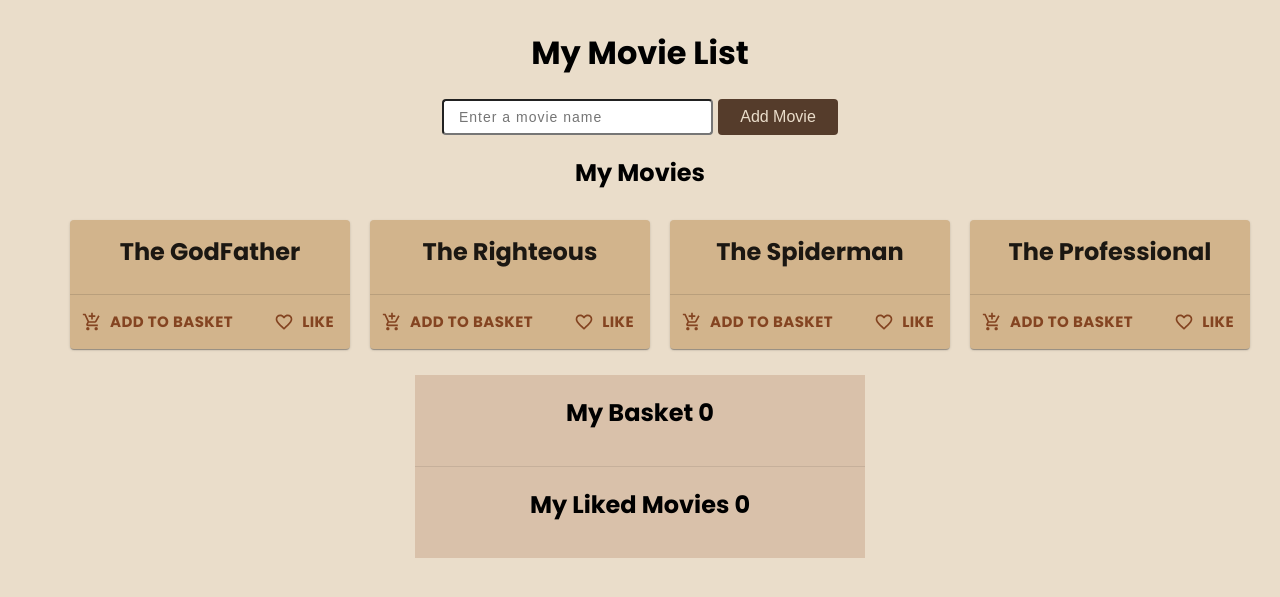
Repository: sinchana-p-iVoyant/redux-movie-store
Page: /
These files come from the project's save history. The page is drawn as it stood at one moment and after the next save; the edit follows.
The browser window is 1280 px wide. The pictures show the whole page.
The project was rebuilt for these pictures with package versions that can differ from the ones it lists, and the page was loaded fresh each time. Also part of the build but not shown: vite.config.ts.

Above is the page before, as saved 2024-02-15 13:21:22.

### index.html
<!doctype html>
<html lang="en">
  <head>
    <meta charset="UTF-8" />
    <link rel="icon" type="image/svg+xml" href="/vite.svg" />
    <meta name="viewport" content="width=device-width, initial-scale=1.0" />
    <title>Redux Movie Store</title>
  </head>
  <body>
    <div id="root"></div>
    <script type="module" src="/src/main.tsx"></script>
  </body>
</html>

### src/main.tsx
import React from 'react'
import ReactDOM from 'react-dom/client'
import App from './App.tsx'
// import './index.css'
import store from './store/index';
import { Provider } from 'react-redux'


ReactDOM.createRoot(document.getElementById('root')!).render(
  <React.StrictMode>
    <Provider store={store}>
      <App />
    </Provider>
  </React.StrictMode>,
)

### src/App.tsx
import { useState } from "react";
// import './App.css'
import { useSelector, useDispatch } from "react-redux";
import {Movie} from './store/index'
import {Card, CardComponent, CardActions, Button, Typography, CardContent} from '@mui/material'
import { Favorite, FavoriteBorder, AddShoppingCart, RemoveShoppingCart } from "@mui/icons-material";
import './App.css'

const App = () => {
  const [movieTitle, setMovieTitle] = useState("");

  // 🔥 a. To Trigger from UI.
  const dispatch = useDispatch();

  // 🔥 b. To update the UI, based on state updates in the store.

  // movies state (array)
  // const movies = useSelector(state => state.movies)
  // ------> return value: state.movies

  // Note:
  // The function passed to `useSelector` selects a slice of the state that we are interested in.
  // The function parameter specifies the `structure` of the Redux state object.
  // It's `type` annotated in TypeScript to ensure the type safety.
  // specifying the structure of the Redux state object using TypeScript type annotations enhances code quality, readability, and maintainability while providing additional safety checks and tooling support during development.

  const movies = useSelector(
    (state : {
      movies: { title: string; liked: boolean; inBasket: boolean }[];
    }) => state.movies
  );

  // const basket = useSelector((state) => state.basket);
  const basket = useSelector((state: { basket: string[] }) => state.basket);

  // const likedMovies = useSelector((state) => state.likedMovies);
  const likedMovies = useSelector((state: { likedMovies: string[] }) => state.likedMovies);


  // 4. Action Creator
  const handleAddMovie = () => {
    const newMovie = {
      title: movieTitle,
      inBasket: false,
      liked: false
    }
    dispatch({ type: "ADD_MOVIE", payload: newMovie });
    setMovieTitle(""); // Reset back to Empty String
  };

  const handleAddToBasket = (movie: string) => {
    dispatch({ type: "ADD_TO_BASKET", payload: movie });
  };
  const handleAddToLikedMovies = (movie: string) => {
    dispatch({ type: "ADD_TO_LIKED_MOVIE", payload: movie });
  };

  return (
    <div className="container">
      <div>
        <h1>My Movie List</h1>
      </div>
      <div className="add-movie">
        <input
          type="text"
          placeholder="Enter a movie name"
          value={movieTitle}
          onChange={(e) => setMovieTitle(e.target.value)}
        />
        <button className="input-btn" onClick={handleAddMovie}>Add Movie</button>
      </div>
      <div>
        <h2>My Movies</h2>
        <ul className="movie-list">
          {movies.map((movie: Movie, index) => (
            <Card key={index} className="movie-card" style={{backgroundColor: "#D2B48C"}}>
              <CardContent>
                <Typography variant="h5" component='h2' style={{ fontWeight: 'bold', fontFamily: 'Poppins, sans-serif' }}>
                  {movie.title}
                </Typography>
              </CardContent>

              <CardActions className="card-actions">
                <Button
                  style={{ color: '#844421', fontSize: '15px', fontWeight: 'bold', fontFamily: 'Poppins, sans-serif' }}
                  startIcon={movie.inBasket ? <RemoveShoppingCart /> : <AddShoppingCart />}
                  onClick={() => handleAddToBasket(movie.title)}>
                  {movie.inBasket ? "Remove From Basket" : "Add To Basket"}
                </Button>
                <Button
                  style={{ color: '#844421', fontSize: '15px', fontWeight: 'bold', fontFamily: 'Poppins, sans-serif' }}
                  startIcon={movie.liked ? <Favorite /> : <FavoriteBorder />}
                  onClick={() => handleAddToLikedMovies(movie.title)}>
                  {movie.liked ? "Dislike" : "Like"}
                </Button>
              </CardActions>

            </Card>
          ))}
        </ul>
      </div>
      <div className="basket-container">
        <h2>My Basket {basket.length}</h2>
        <ul className="basket-container-list">
          {basket.map((basket, index) => (
            <li key={index}>{basket}</li>
          ))}
        </ul>
      </div>
      <div className="liked-container">
        <h2>My Liked Movies {likedMovies.length}</h2>
        <ul className="liked-container-list">
          {likedMovies.map((likedMovie, index) => (
            <li key={index}>{likedMovie}</li>
          ))}
        </ul>
      </div>
    </div>
  );
};

export default App;

// 1. Save the new movie in the local state.
// 2. Add the new movie in local state to the Store.
// 3. Fetch the movies array, from the store

// 3. a. To display in - My Basket & My Liked Movies

### src/store/index.tsx
import { createStore } from "redux";

export type Movie = {
    title: string,
    inBasket: boolean,
    liked: boolean
}

export type State = {
    movies: Movie[],
    basket: string[],
    likedMovies: string[]
}

type Action =
  | { type: "ADD_MOVIE"; payload: Movie } |
    { type: 'ADD_TO_BASKET', payload: string } |
    { type: "ADD_TO_LIKED_MOVIE", payload: string };

// InitialState
const initialState: State = {
    movies: [
      {title: 'The GodFather', inBasket: false, liked: false},
      {title: 'The Righteous', inBasket: false, liked: false},
      {title: 'The Spiderman', inBasket: false, liked: false},
      {title: 'The Professional', inBasket: false, liked: false},
    ],
    basket: [],
    likedMovies: []
}

// Reducers - Make Immutable Updates
const reducer = (state: State = initialState, action: Action): State => {
  switch (action.type) {
    case 'ADD_MOVIE':
      return {
        ...state,
        movies: [...state.movies, action.payload]
      }
    case 'ADD_TO_BASKET':
      return {
        ...state,
          movies: state.movies.map(movie => movie.title === action.payload ? {...movie, inBasket: !movie.inBasket } : movie),
        basket: state.basket.includes(action.payload) ? state.basket.filter(movie => movie !== action.payload) : [...state.basket, action.payload]
      }
    case 'ADD_TO_LIKED_MOVIE':
      return {
        ...state,
        movies: state.movies.map(movie => movie.title === action.payload ? {...movie, liked: !movie.liked} : movie) ,
        likedMovies: state.likedMovies.includes(action.payload) ? state.likedMovies.filter(movie => movie !== action.payload) :  [...state.likedMovies, action.payload]
      }
    default:
      return state
  }
}

// Store
const store = createStore(reducer)
export default store

// 1. State
// 2. Reducer
// 3. Store

### src/App.css
@import url('https://fonts.googleapis.com/css2?family=Poppins:ital,wght@0,100;0,200;0,300;0,400;0,500;0,600;0,700;0,800;0,900;1,100;1,200;1,300;1,400;1,500;1,600;1,700;1,800;1,900&display=swap');

body {
  background-color: #EADDCA;
  font-family: "Poppins", sans-serif;
}

h1, h2{
  text-align: center;
}

.container {
  display: flex;
  flex-direction: column;
  align-items: center;
  justify-content: center;
}

.movie-list {
  display: flex;
  flex-wrap: wrap;
  justify-content: center;
}

.movie-card {
  width: 280px;
  margin: 10px;
}

.card-content {
  padding: 16px;
  font-family: "Poppins", sans-serif;
}

.card-actions {
  margin-top: 10px;
  border-top: 1px solid rgba(0, 0, 0, 0.119);
  display: flex;
  justify-content: space-between;
}

/* .btn {
  color: black;
  font-size: 15px;
  font-weight: bold;
} */
.buttonHover:hover {
  background-color: #e0e0e0;
}

/* --- */

input {
  height: 30px;
  width: 250px;
  padding-left: 15px;
  font-size: 14px;
  letter-spacing: 1px;
  border-radius: 4px;
}

.input-btn{
  height: 36px;
  width: 120px;
  font-size: 16px;
  background-color: #553c2b;
  border: none;
  color: #EADDCA;
  margin-left: 5px;
  border-radius: 4px;

}

.input-btn:hover{
  background-color: #ad9a82;
  color: #261509 ;

}

/* ------------------- */

.basket-container, .liked-container {
  background-color: #8132072a;
  width: 450px;
  /* text-align: center; */
}

.basket-container {
  border-bottom: 1px solid rgba(0, 0, 0, 0.085);
}

.basket-container-list, .liked-container-list {
  /* text-align: left; */
  display: flex;
  flex-direction: column;
  justify-content: center;
  align-items: left;

  margin-left: 90px;
}





/* #root {
  max-width: 1280px;
  margin: 0 auto;
  padding: 2rem;
  text-align: center;
} */

/*
.logo {
  height: 6em;
  padding: 1.5em;
  will-change: filter;
  transition: filter 300ms;
}
.logo:hover {
  filter: drop-shadow(0 0 2em #646cffaa);
}
.logo.react:hover {
  filter: drop-shadow(0 0 2em #61dafbaa);
}

@keyframes logo-spin {
  from {
    transform: rotate(0deg);
  }
  to {
    transform: rotate(360deg);
  }
}

@media (prefers-reduced-motion: no-preference) {
  a:nth-of-type(2) .logo {
    animation: logo-spin infinite 20s linear;
  }
}

.card {
  padding: 2em;
}

.read-the-docs {
  color: #888;
} */

/* ------------------------- */

After the next save:
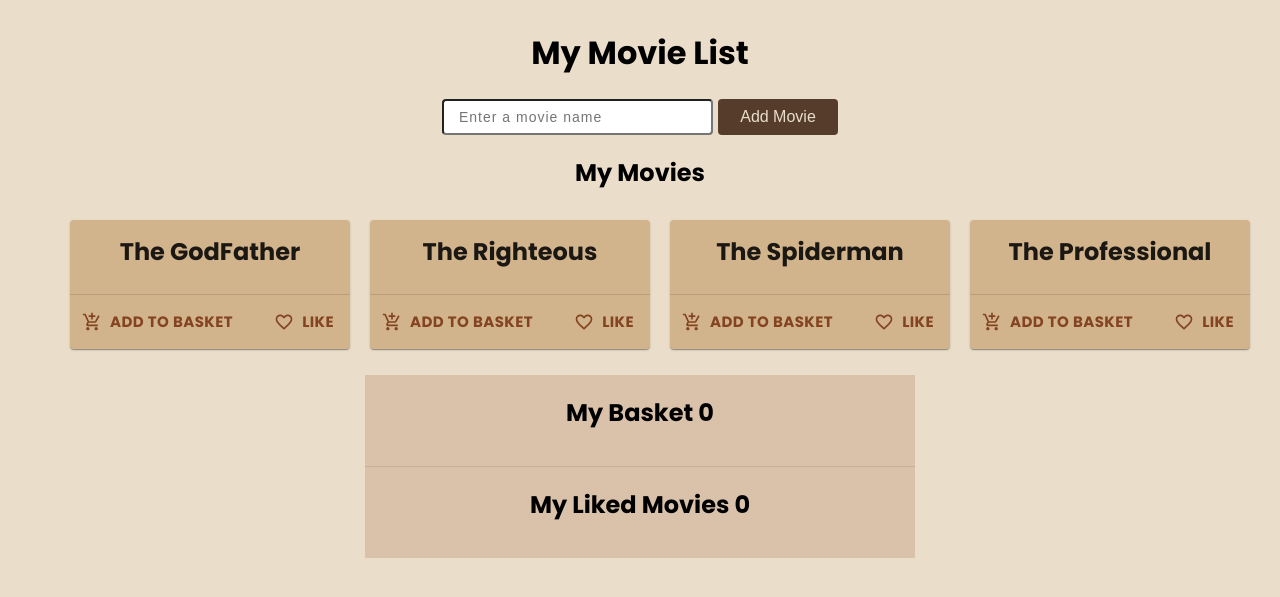
Saved 4 s later.
--- a/src/App.css
+++ b/src/App.css
@@ -81,7 +81,7 @@ input {
 
 .basket-container, .liked-container {
   background-color: #8132072a;
-  width: 450px;
+  width: 550px;
   /* text-align: center; */
 }
 
